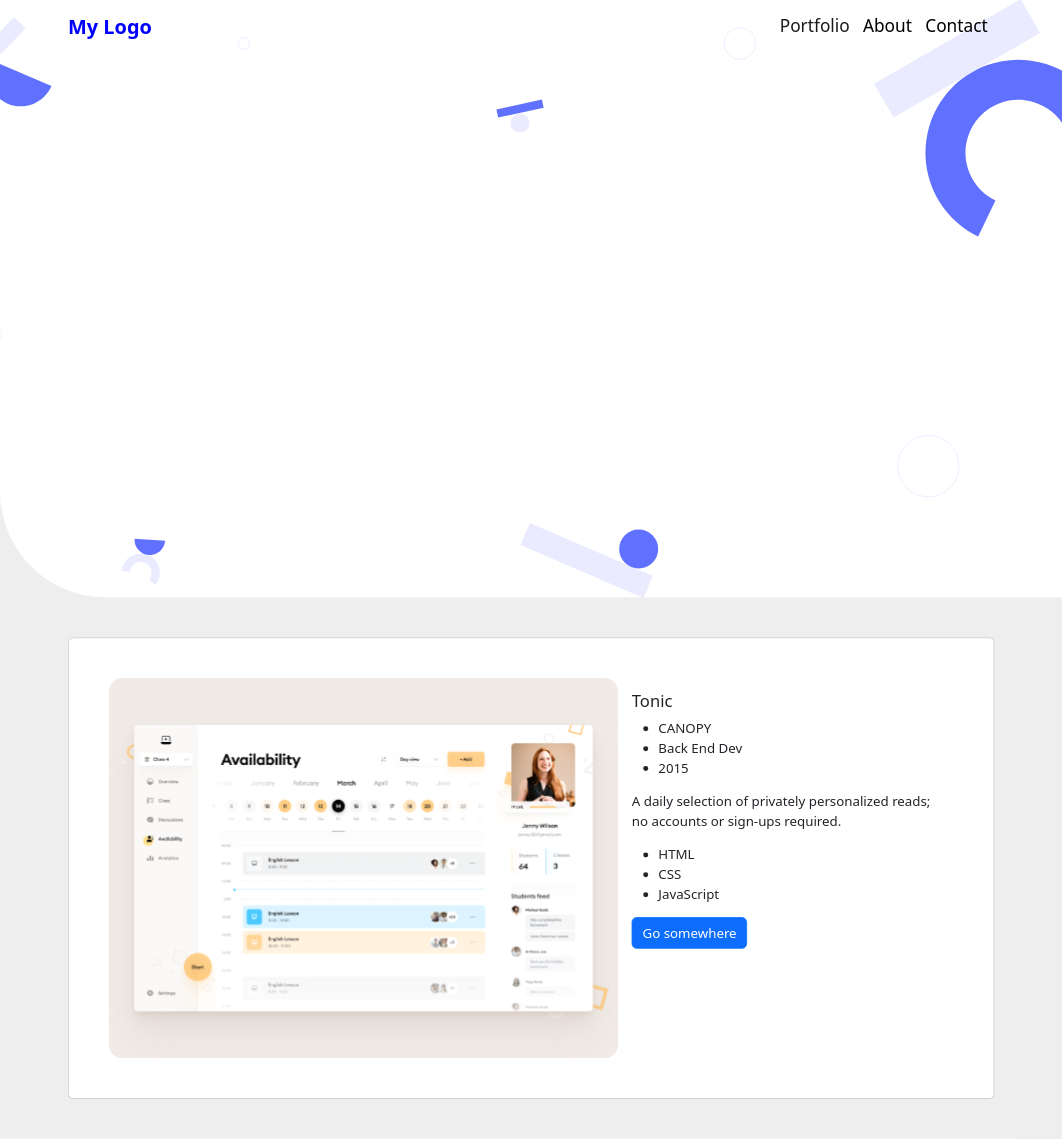
Repository: waelelsafty07/Bootstrap-Portfolio
Page: index.html
These files come from the project's save history. The page is drawn as it stood at one moment and after the next save; the edit follows.
The browser window is 1280 px wide. The pictures show the whole page, at 83% of full size.

Above is the page before, as saved 2023-04-04 16:25:42.

After the next save:
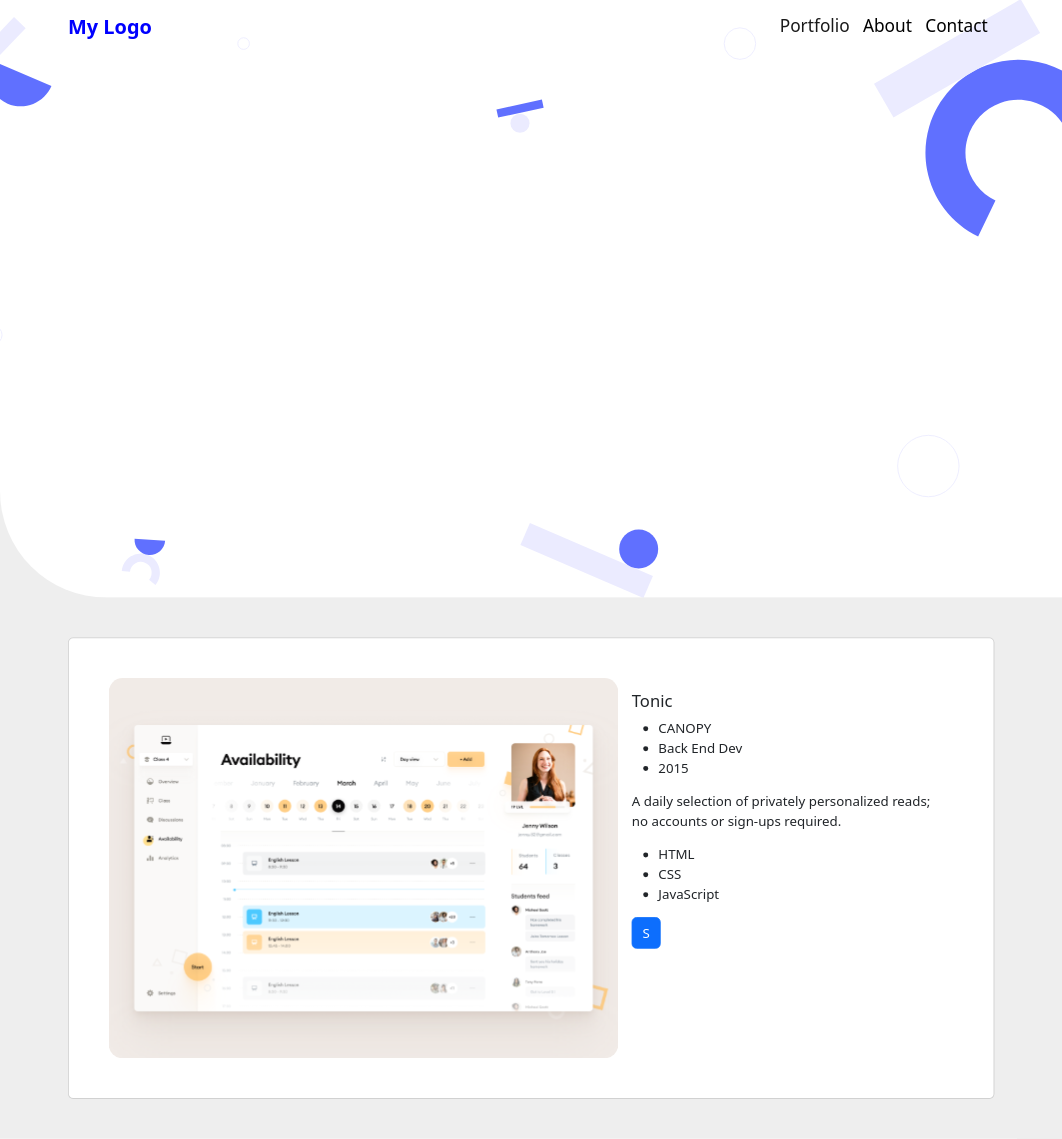
Saved 11 s later.
--- a/index.html
+++ b/index.html
@@ -50,7 +50,7 @@
                 <li>CSS</li>
                 <li>JavaScript</li>
               </ul>
-              <a href="#" class="btn btn-primary">Go somewhere</a>
+              <a href="#" class="btn btn-primary">S</a>
             </div>
           </div>
         </div>
